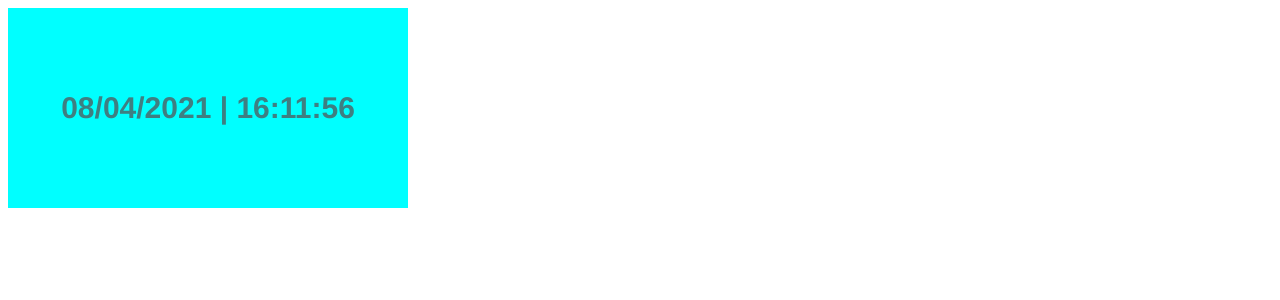
Repository: Widzisz/zadania-JavaScript
Page: www/index.html
The author's editor kept a copy of each file at every save. The page is drawn from the files as they stood at one save, then again after the next save.
The browser window is 1280 px wide. The pictures show the whole page.

Above is the page before, as saved 2021-04-08 18:46:27.

### www/index.html
<!DOCTYPE HTML>
<html lang="pl">

<head>
	<meta charset="utf-8" />
	<link rel="stylesheet" href="main.css">
	<title>Odliczanie czasu</title>

	<script type="text/javascript" src="timer.js">
	</script>

</head>

<body onload="timer()">

	<div class="container">
		<div id="zegar"></div>
	</div>

	<script type="text/javascript">
	</script>

</body>

</html>

### www/main.css
.container {
  display: flex;
  justify-content: center;
  align-items: center;
  height: 200px;
  width: 400px;
  background-color: aqua;
  font-size: 20px;
}

#zegar {
    font-family: 'Franklin Gothic Medium', 'Arial Narrow', Arial, sans-serif;
    font-size: 1.5em;
    font-weight: bold;
    color: red;
    animation-name: colors;
    animation-duration: 4s;
    animation-iteration-count: infinite;
    animation-timing-function: ease-out;

}

@keyframes colors {
    0% { color: rgb(34, 12, 235); }
    50% { color: rgb(75, 180, 81); }
    100% { color: red; }
  }

### www/timer.js







function timer() {
	let today = new Date();

	let day = today.getDate();
	if (day < 10) {
		day = "0" + day;
	}
	let month = today.getMonth() + 1;
	if (month < 10) {
		month = "0" + month;
	}
	let year = today.getFullYear();

	let hours = today.getHours();
	if (hours < 10) {
		hours = "0" + hours;
	}
	let minutes = today.getMinutes();
	if (minutes < 10) {
		minutes = "0" + minutes;
	}
	let seconds = today.getSeconds();
	if (seconds < 10) {
		seconds = "0" + seconds;
	}

	document.getElementById("zegar").innerHTML = day + "/" + month + "/" + year
		+ " " + "|" + " " + hours + ":" + minutes + ":" + seconds;

	setTimeout("timer()", 1000);
}


























































// function odliczanie() {
// 	var dzisiaj = new Date();

// 	var dzien = dzisiaj.getDate();
// 	var miesiac = dzisiaj.getMonth() + 1;
// 	var rok = dzisiaj.getFullYear();

// 	var godzina = dzisiaj.getHours();
// 	if (godzina < 10) godzina = "0" + godzina;

// 	var minuta = dzisiaj.getMinutes();
// 	if (minuta < 10) minuta = "0" + minuta;

// 	var sekunda = dzisiaj.getSeconds();
// 	if (sekunda < 10) sekunda = "0" + sekunda;

// 	document.getElementById("zegar").innerHTML =
// 		dzien + "/" + miesiac + "/" + rok + " | " + godzina + ":" + minuta + ":" + sekunda;

// 	setTimeout("odliczanie()", 1000);
// }

After the next save:
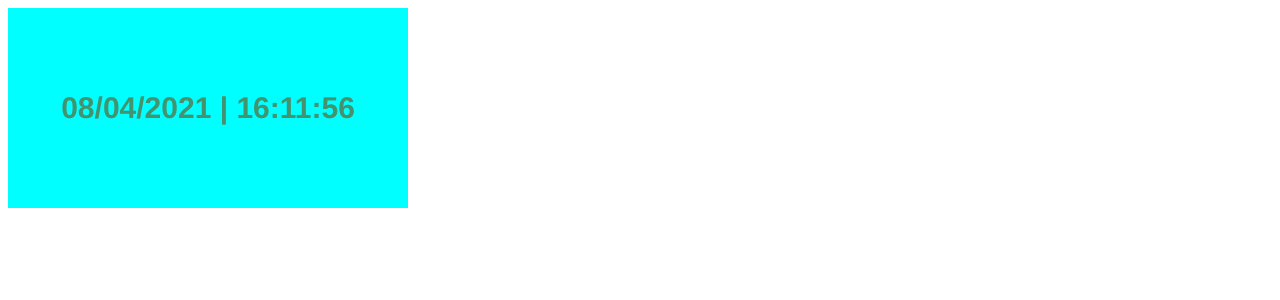
Saved 4 min 57 s later.
--- a/www/main.css
+++ b/www/main.css
@@ -16,7 +16,7 @@
     animation-name: colors;
     animation-duration: 4s;
     animation-iteration-count: infinite;
-    animation-timing-function: ease-out;
+    animation-direction:
 
 }
 
